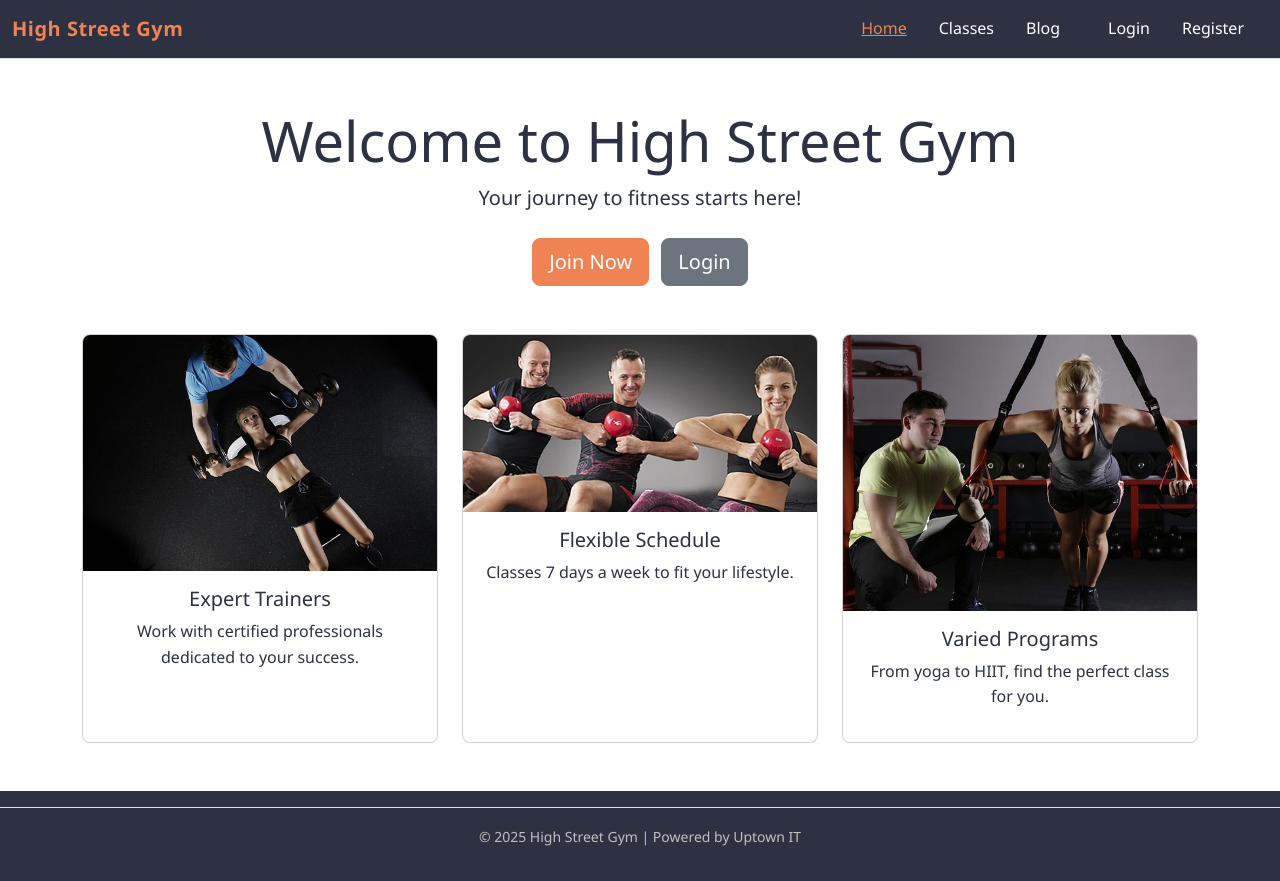
Repository: HBDSolutions/highstreetgym
Page: http://localhost/highstreetgym/controllers/content/home_controller.php
These files come from the project's save history. The page is drawn as it stood at one moment and after the next save; the edit follows.
The browser window is 1280 px wide. The pictures show the whole page.
The page is run by PHP 8.4 with error messages shown; the project is at /var/www/html/.

Above is the page before, as saved 2025-11-11 20:54:10.

After the next save:
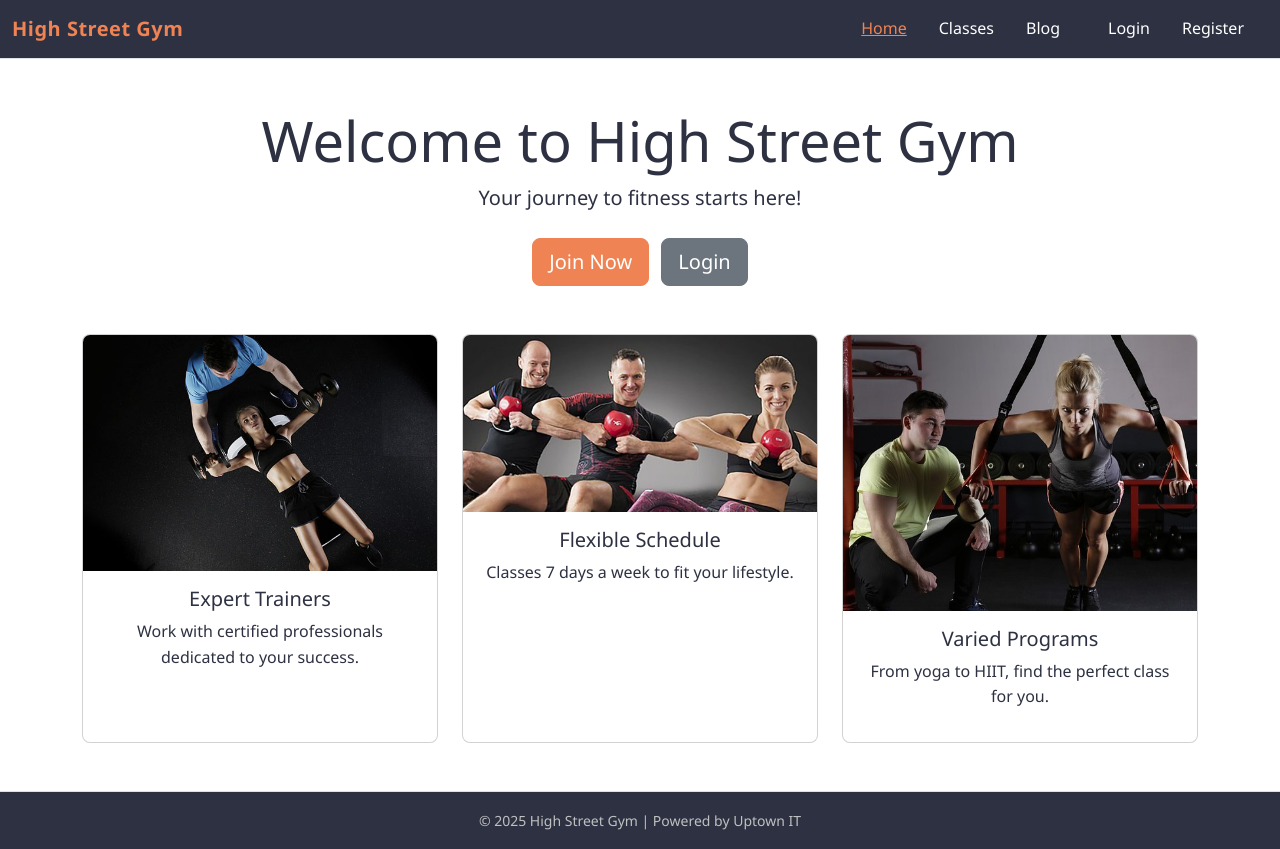
Saved 12 min 36 s later.
--- a/views/layouts/base.php
+++ b/views/layouts/base.php
@@ -34,9 +34,9 @@
     <?php include $contentView; ?>
   </main>
 
-  <footer class="mt-auto">
+  <div class="mt-auto">
     <?php include __DIR__ . '/../partials/footer.php'; ?>
-  </footer>
+  </div>
 
   <script src="https://cdn.jsdelivr.net/npm/bootstrap@5.3.0/dist/js/bootstrap.bundle.min.js"></script>
 </body>
